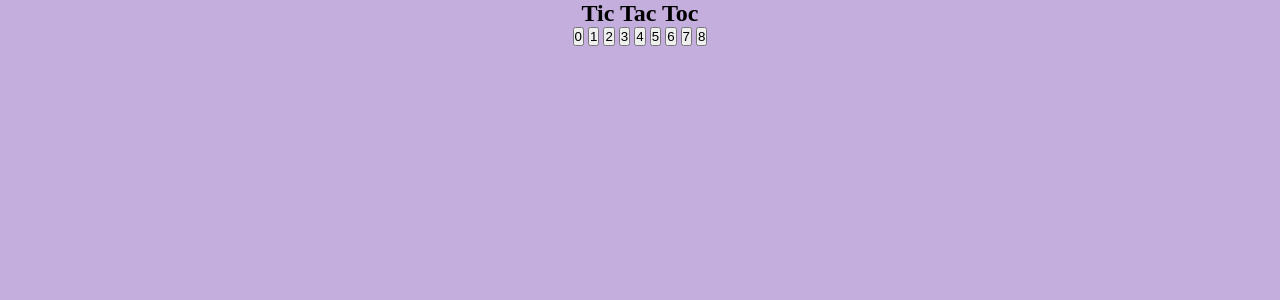
Repository: ksj5551d-cyber/ChugHub
Page: spsgame/game.html
These files come from the project's save history. The page is drawn as it stood at one moment and after the next save; the edit follows.
The browser window is 1280 px wide. The pictures show the whole page.

Above is the page before, as saved 2025-10-09 13:10:35.

### spsgame/game.html
<!DOCTYPE html>
<html lang="en">
<head>
    <meta charset="UTF-8">
    <meta name="viewport" content="width=device-width, initial-scale=1.0">
    <title>Document</title>
    <link rel="stylesheet" href="game.css">
</head>
<body>
    <main>
         <div class="container">
        <h2>Tic Tac Toc</h2>
        <div class="game">
            <button class="box">0</button>
             <button class="box">1</button>
              <button class="box">2</button>
               <button class="box">3</button>
                <button class="box">4</button>
                 <button class="box">5</button>
                  <button class="box">6</button>
                   <button class="box">7</button>
                   <button class="box">8</button>
        </div>
        </div>
    </main>

</body>
</html>

### spsgame/game.css
*{
    margin: 0;
    padding: 0;

}

body{
    background-color: #C3AEDE;
    text-align: center;
}
.container{
    height: 70vh;

}
.game{
    height: 60vmin;
}

.box{
    height: ;
}

After the next save:
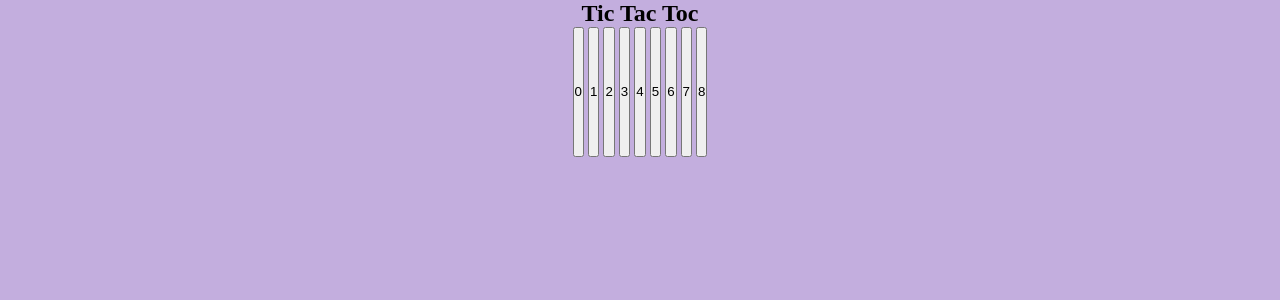
Saved 5 s later.
--- a/spsgame/game.css
+++ b/spsgame/game.css
@@ -17,5 +17,5 @@
 }
 
 .box{
-    height: ;
+    height: 18vmin;
 }
